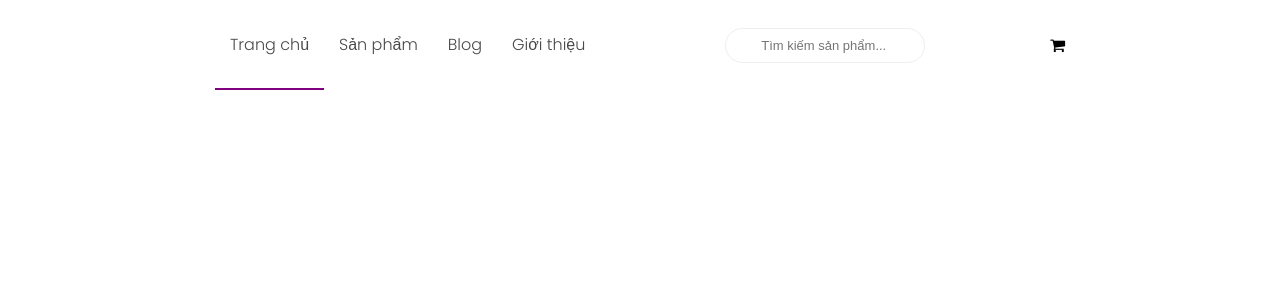
Repository: dungle03/tke_web_nhom_15
Page: index.html
The author's editor kept a copy of each file at every save. The page is drawn from the files as they stood at one save, then again after the next save.
The browser window is 1280 px wide. The pictures show the whole page.

Above is the page before, as saved 2022-09-12 23:16:41.
Not found: resest.css

### index.html
<!DOCTYPE html>
<html lang="en">
<head>
    <meta charset="UTF-8">
    <meta http-equiv="X-UA-Compatible" content="IE=edge">
    <meta name="viewport" content="width=device-width, initial-scale=1.0">
    <title>Home</title>
    <link
    rel="stylesheet"
    href="https://cdnjs.cloudflare.com/ajax/libs/font-awesome/4.7.0/css/font-awesome.min.css"
    integrity="sha512-SfTiTlX6kk+qitfevl/7LibUOeJWlt9rbyDn92a1DqWOw9vWG2MFoays0sgObmWazO5BQPiFucnnEAjpAB+/Sw=="
    crossorigin="anonymous"
  />
  <link href="https://fonts.googleapis.com/css2?family=Poppins:wght@300&display=swap" rel="stylesheet">
    <link rel="stylesheet" href="./resest.css">
    <link rel="stylesheet" href="./CSS/header.css">
    <link rel="stylesheet"  href="./CSS/footer.css">
</head>
<body>
    <div id="main">
        <div id="main-header">
            <!-- <div class="icon-logo" style="display: inline-block;">
                <img src="https://file.hstatic.net/1000281824/file/tote-1_33445b051a404bb790b6d0df0275ac8d.png" alt="">
            </div> -->
            <ul class="header-wrap-main">
                <li >
                    <a  href="#" >Trang chủ</a>
                    <div class="active"></div>
                </li>
                <li>
                    <a href="#">Sản phẩm</a>
                    <div class=""></div>
                </li>
                <li>
                    <a href="#">Blog</a>
                    <div class=""></div>
                </li>
                <li>
                    <a href="#">Giới thiệu</a>
                    <div class=""></div>
                </li>
            </ul>
            <div class="wrap-search">
                <i class="ti-search icon-search"></i>
                <input type="text" class="input-search" placeholder="Tìm kiếm sản phẩm...">
            </div>
            <i class="fa fa-shopping-cart icon-cart"></i>
        </div>
</body>
</html>

### CSS/header.css
html {
    font-family: "Poppins", sans-serif;
    box-sizing: border-box;
    font-size: 62.5%;

  }
  * {
    margin: 0;
    padding: 0;
  }
  *,
  *:before,
  *:after {
    box-sizing: border-box;
  }
  input,
  textarea,
  select,
  button {
    outline: none;
  }
  input {
    line-height: normal;
  }
  label,
  button {
    cursor: pointer;
  }
  a {
    text-decoration: none;
  }
  img {
    display: block;
    max-width: 100%;
  }
/* ////////////////////////////////////////////////////// */
  #main{
    padding:0 190px ;
  }

  #main-header{
    background-color: aqua;
    width: 100%;
    height: 90px;
    padding:0px 25px;
    display: flex;
    align-items: center;
    justify-content: space-between;
    background-color: #fff;

  }

  .header-wrap-main{
    display: flex;

    width: max-content;
    height: 100%;
  }

  .header-wrap-main a{
    align-items:
center;
color:
#4a4a4a;
display:
flex;
justify-content:
center;
line-height:
23.2px;
padding:
0px 15px;
text-align:
left;
text-decoration: none;
height: 100%;

  }

  .header-wrap-main li{
    position: relative;
  }

  .active{
    position: absolute;
    width: 100%;
    height: 2px;
    background-color: purple;
    bottom: 0;
  }


  .header-wrap-main li{
    list-style-type: none;
    width: max-content;
  }

  .wrap-search{
    position: relative;
  }
  .icon-search{
    position: absolute;
    top: 50%;
    left: 15px;
    transform: translate(-50%,-50%);
  }
  .input-search{
    width: 200px;
    height: 35px;
    padding-left: 35px;
    border-radius: 20px;
    border: 1px solid #eee;
    font-size: 13px;
  }

### CSS/footer.css
html {
    font-family: "Poppins", sans-serif;
    box-sizing: border-box;
    font-size: 16px;

  }
  * {
    margin: 0;
    padding: 0;
  }
  *,
  *:before,
  *:after {
    box-sizing: border-box;
  }
  input,
  textarea,
  select,
  button {
    outline: none;
  }
  input {
    line-height: normal;
  }
  label,
  button {
    cursor: pointer;
  }
  a {
    text-decoration: none;
  }
  img {
    display: block;
    max-width: 100%;
  }

After the next save:
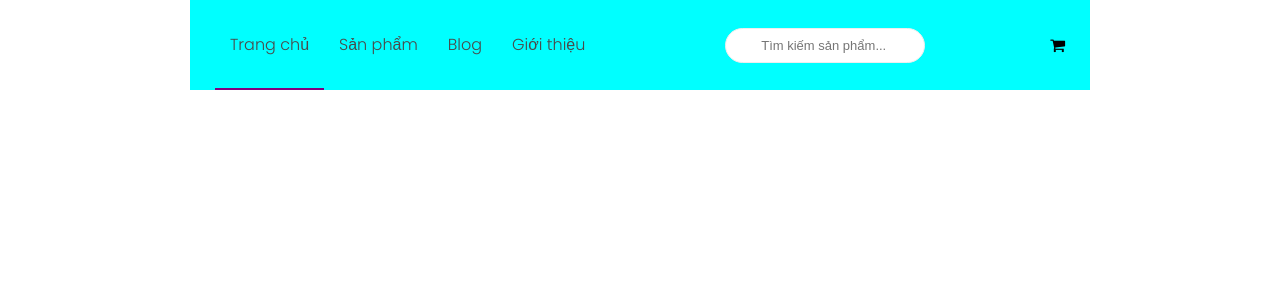
Saved 12 s later.
--- a/CSS/header.css
+++ b/CSS/header.css
@@ -39,14 +39,14 @@
   }
 
   #main-header{
-    background-color: aqua;
-    width: 100%;
-    height: 90px;
-    padding:0px 25px;
-    display: flex;
-    align-items: center;
-    justify-content: space-between;
-    background-color: #fff;
+      width: 100%;
+      height: 90px;
+      padding:0px 25px;
+      display: flex;
+      align-items: center;
+      justify-content: space-between;
+      background-color: #fff;
+      background-color: aqua;
 
   }
 
